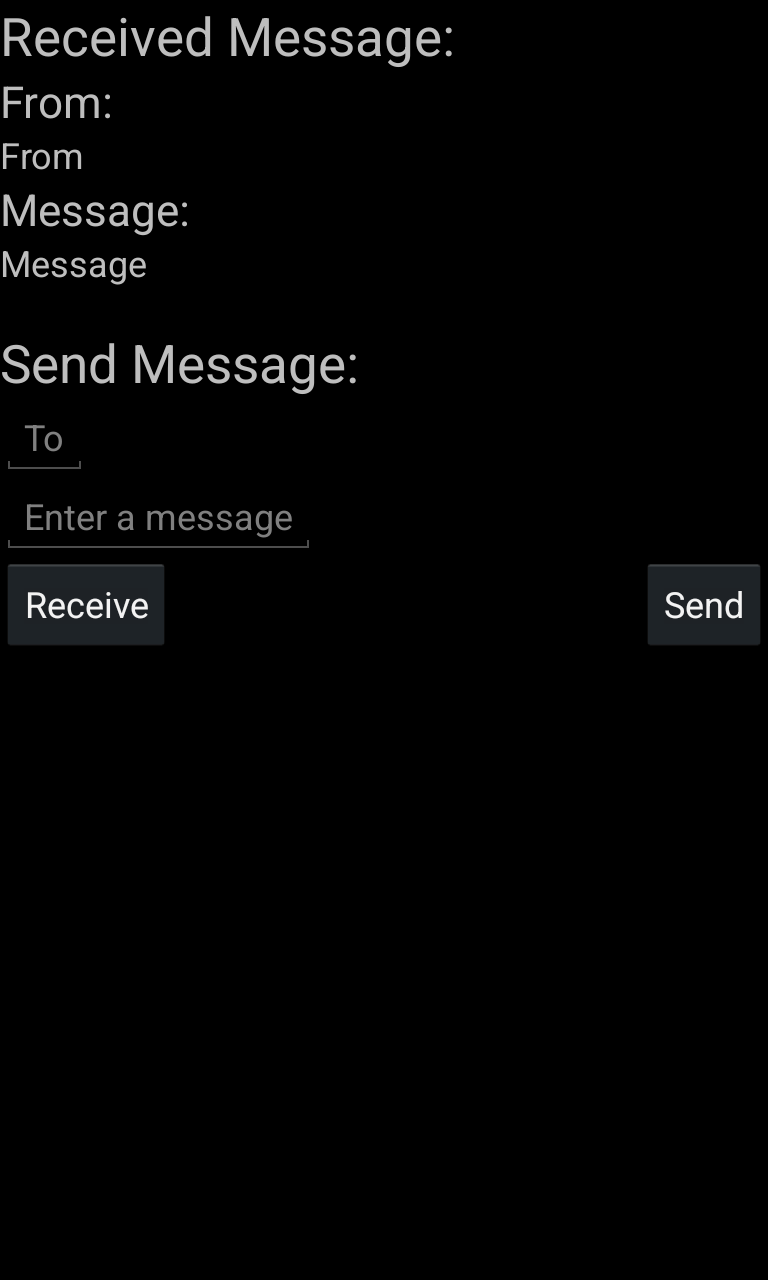
Repository: tomcynicholls/ThirdYearProject
Layout: JavaCode/App/res/layout/main.xml
An editor plug-in stored every save of this project. The layout is shown before and after the next save, followed by the edit.
It is drawn on a 768 x 1280 px phone screen (xhdpi) without system bars, with theme android:Theme.Holo; the app's code is not run.

Above is the layout before, as saved 2013-04-22 17:41:28.

### JavaCode/App/res/layout/main.xml
<?xml version="1.0" encoding="utf-8"?>
<LinearLayout xmlns:android="http://schemas.android.com/apk/res/android"
    xmlns:tools="http://schemas.android.com/tools"
    android:layout_width="match_parent"
    android:layout_height="match_parent"
    android:orientation="vertical" >



    <TextView
        android:id="@+id/textview_title"
        android:layout_width="wrap_content"
        android:layout_height="wrap_content"
        android:textSize="12pt"
        android:text="@string/receive_title" />

    <TextView
        android:id="@+id/textview_fromtitle"
        android:layout_width="wrap_content"
        android:layout_height="wrap_content"
        android:textSize="10pt"
        android:text="@string/fromtitle" />

    <TextView
        android:id="@+id/textview_from"
        android:layout_width="wrap_content"
        android:layout_height="wrap_content"
        android:textSize="8pt"
        android:text="@string/from" />

     <TextView
        android:id="@+id/textview_messagetitle"
        android:layout_width="wrap_content"
        android:layout_height="wrap_content"
        android:textSize="10pt"
        android:text="@string/messagetitle" />

     <TextView
        android:id="@+id/textview_message"
        android:layout_width="wrap_content"
        android:layout_height="wrap_content"
        android:textSize="8pt"
        android:text="@string/message" />

     <TextView
        android:id="@+id/textview_sendtitle"
        android:layout_width="wrap_content"
        android:layout_height="wrap_content"
        android:textSize="12pt"
        android:text="@string/send_title"
        android:layout_marginTop="20dp" />

      <EditText android:id="@+id/edit_receiver"
        android:layout_height="wrap_content"
        android:layout_width="wrap_content"
        android:hint="@string/edit_receiver" />


    <EditText android:id="@+id/edit_message"
        android:layout_height="wrap_content"
        android:layout_width="wrap_content"
        android:hint="@string/edit_message" />

    <RelativeLayout
            android:id="@+id/innerrel"
            android:layout_width="match_parent"
            android:layout_height="wrap_content"
            android:orientation="horizontal" >
    <Button
        android:layout_width="wrap_content"
        android:layout_height="wrap_content"
        android:text="@string/button_receive"
        android:onClick="receiveMessage"
        android:layout_alignParentLeft="true" />

    <Button
        android:layout_width="wrap_content"
        android:layout_height="wrap_content"
        android:text="@string/button_send"
        android:onClick="sendMessage"
        android:layout_alignParentRight="true" />

    </RelativeLayout>
</LinearLayout>

### JavaCode/App/res/values/strings.xml
<?xml version="1.0" encoding="utf-8"?>
<resources>

    <string name="app_name">TYP App</string>
    <string name="edit_message">Enter a message</string>
    <string name="edit_receiver">To</string>
    <string name="edit_infosend">Info</string>
    <string name="button_infosend">Send</string>
    <string name="button_send">Send</string>
    <string name="button_return">Return</string>
    <string name="button_receive">Receive</string>
    <string name="receive_title">Received Message:</string>
    <string name="send_title">Send Message:</string>
    <string name="menu_settings">Settings</string>
    <string name="title_activity_main">MainActivity</string>
    <string name="title_activity_display_message">Message</string>
    <string name="hello_world">Hello world!</string>
    <string name="holder">Text Holder</string>
    <string name="title_activity_view_xml_writer">View Xm lWriter</string>
    <string name="from">From</string>
    <string name="message">Message</string>
    <string name="fromtitle">From:</string>
    <string name="messagetitle">Message:</string>
    <string name="sent_title">Message Sent</string>

</resources>

After the next save:
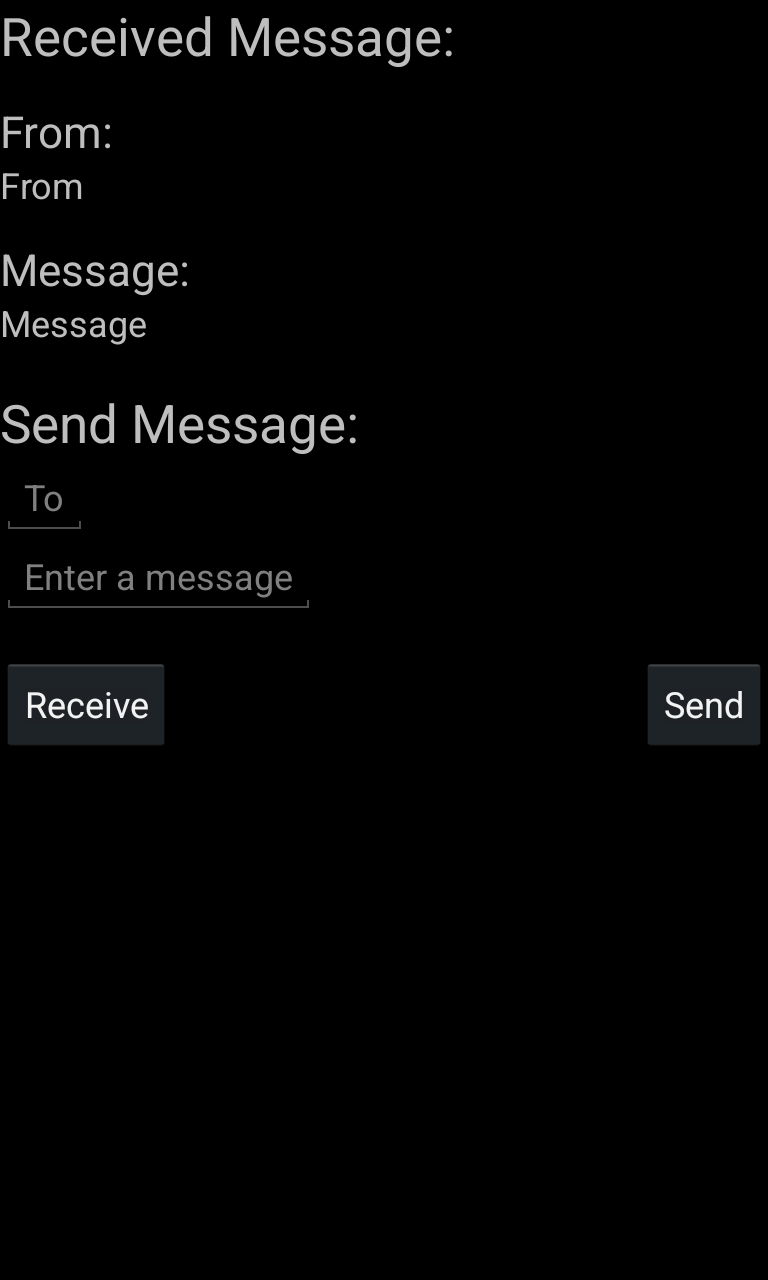
Saved 53 s later.
--- a/JavaCode/App/res/layout/main.xml
+++ b/JavaCode/App/res/layout/main.xml
@@ -19,7 +19,8 @@
         android:layout_width="wrap_content"
         android:layout_height="wrap_content"
         android:textSize="10pt"
-        android:text="@string/fromtitle" />
+        android:text="@string/fromtitle"
+        android:layout_marginTop="15dp" />
 
     <TextView
         android:id="@+id/textview_from"
@@ -33,7 +34,8 @@
         android:layout_width="wrap_content"
         android:layout_height="wrap_content"
         android:textSize="10pt"
-        android:text="@string/messagetitle" />
+        android:text="@string/messagetitle"
+        android:layout_marginTop="15dp" />
 
      <TextView
         android:id="@+id/textview_message"
@@ -71,14 +73,16 @@
         android:layout_height="wrap_content"
         android:text="@string/button_receive"
         android:onClick="receiveMessage"
-        android:layout_alignParentLeft="true" />
+        android:layout_alignParentLeft="true"
+        android:layout_marginTop="20dp" />
 
     <Button
         android:layout_width="wrap_content"
         android:layout_height="wrap_content"
         android:text="@string/button_send"
         android:onClick="sendMessage"
-        android:layout_alignParentRight="true" />
+        android:layout_alignParentRight="true"
+        android:layout_marginTop="20dp"/>
 
     </RelativeLayout>
 </LinearLayout>
